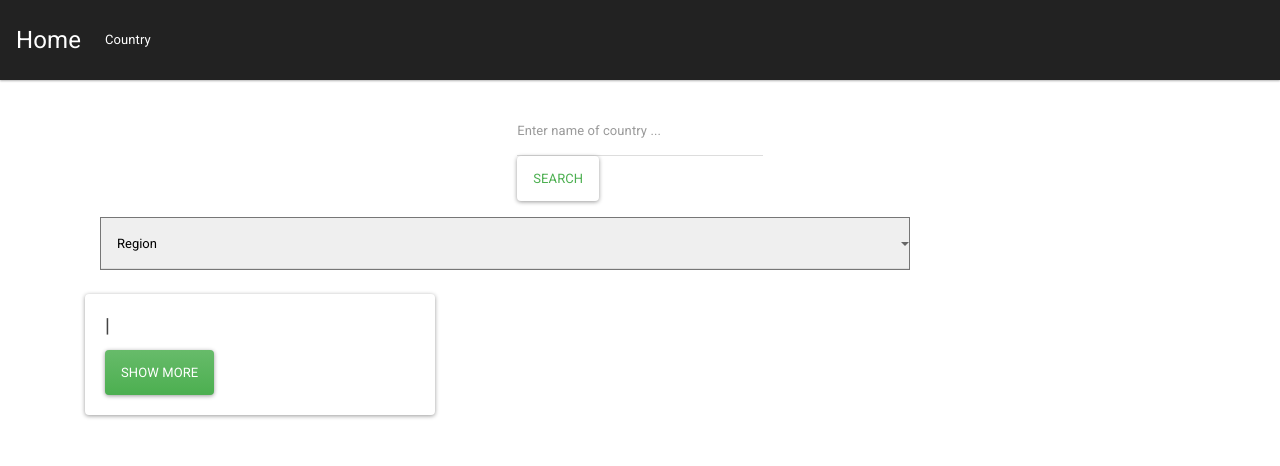
Repository: abdelhak-f/Countries_React
Page: / (app in client/)
The author's editor kept a copy of each file at every save. The page is drawn from the files as they stood at one save, then again after the next save.
The browser window is 1280 px wide. The pictures show the whole page.
The page's requests for data from a server got no answer. The project was rebuilt for these pictures with package versions that can differ from the ones it lists, and the page was loaded fresh each time. No one was signed in, and anything a server would have sent is missing. Also part of the build but not shown: client/src/components/countrys/ProfilCountry.jsx.

Above is the page before, as saved 2021-05-12 10:28:08.

After the next save:
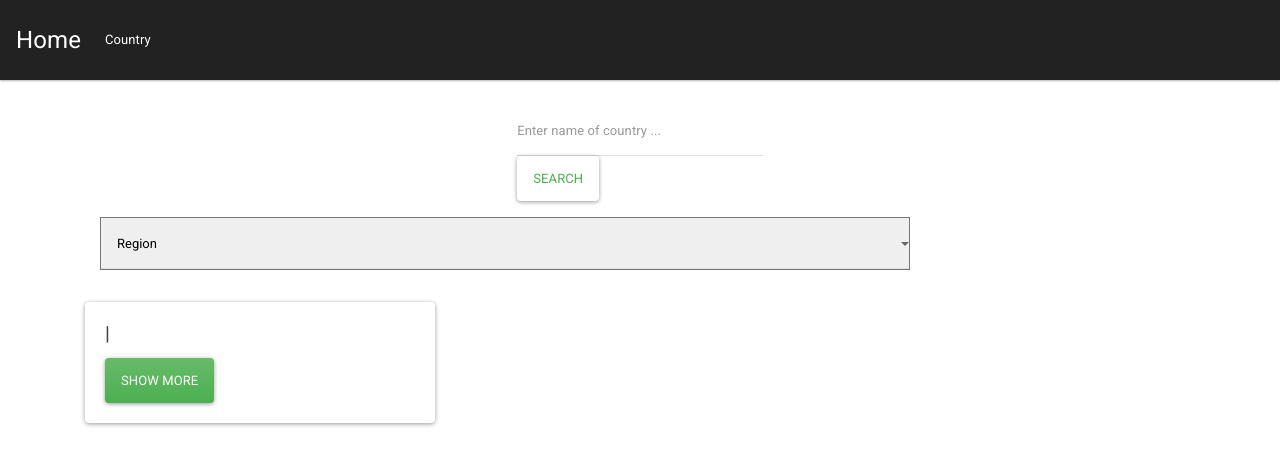
Saved 19 s later.
--- a/client/src/components/countrys/ContinentRegion.jsx
+++ b/client/src/components/countrys/ContinentRegion.jsx
@@ -36,11 +36,11 @@
                 <option value="Europe">Europe</option>
                 <option value="Oceania">Oceania</option>
             </select>
-            <div className="countainer col-12">
+            <div className="countainer col-12 my-2">
                 {output.map((res, index) => (
                     <>
                         <div className='card ' key={index}>
-                                <img className="card-img-top my-2" src={res.flag} alt="flag" />
+                                <img className="card-img-top " src={res.flag} alt="flag" />
                             <div className='country-detail'>
                                 <h2>{res.name} </h2>
                                 <p>region:{res.region}</p>

After the save that followed:
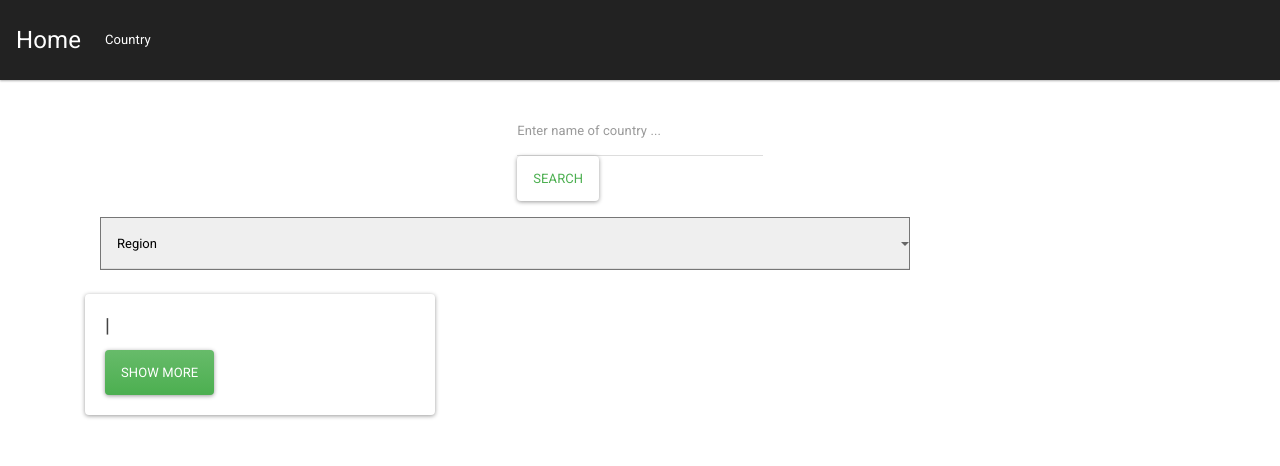
Saved 27 s later.
--- a/client/src/components/countrys/ContinentRegion.jsx
+++ b/client/src/components/countrys/ContinentRegion.jsx
@@ -36,10 +36,10 @@
                 <option value="Europe">Europe</option>
                 <option value="Oceania">Oceania</option>
             </select>
-            <div className="countainer col-12 my-2">
+            <div className="countainer col-12 ">
                 {output.map((res, index) => (
                     <>
-                        <div className='card ' key={index}>
+                        <div className='card my-2' key={index}>
                                 <img className="card-img-top " src={res.flag} alt="flag" />
                             <div className='country-detail'>
                                 <h2>{res.name} </h2>
